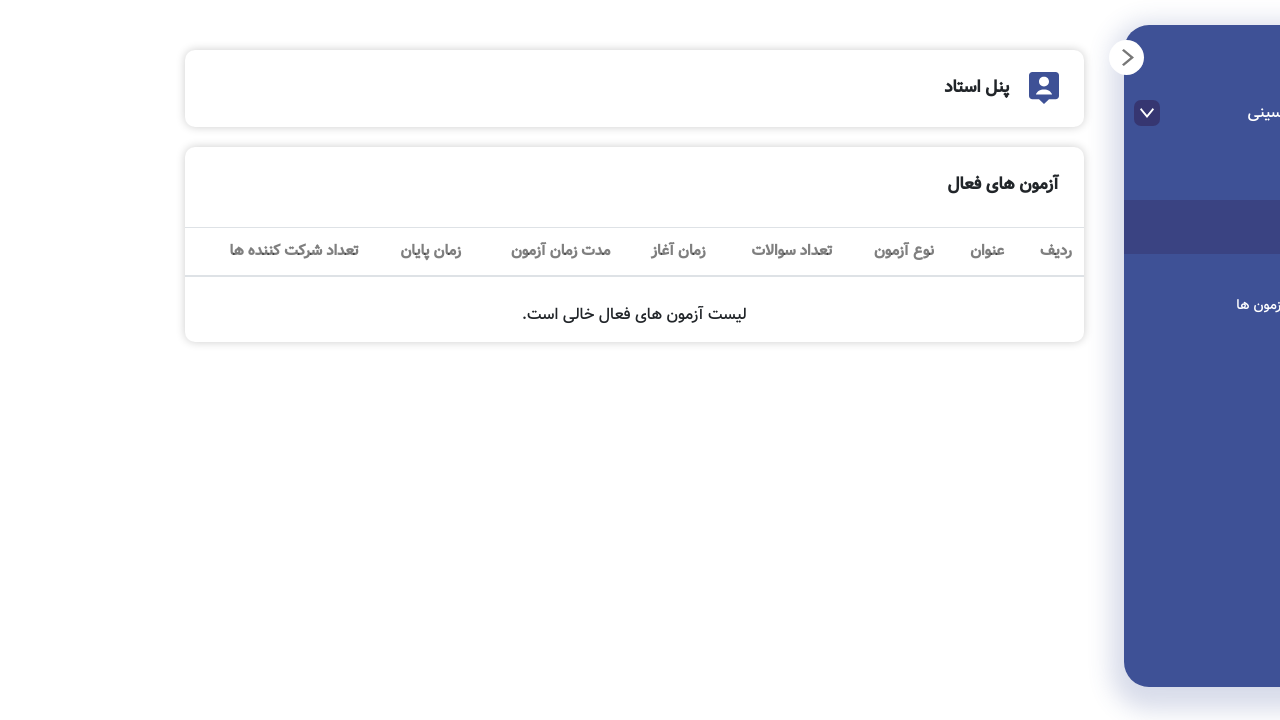
Repository: kosar78/quiz-online
Page: student-panel-dashbord.html
An editor plug-in stored every save of this project. The page is shown before and after the next save, followed by the edit.
The browser window is 1280 px wide. The pictures show the whole page.
The page's requests for data from a server got no answer.

Above is the page before, as saved 2022-01-09 13:22:35.

### student-panel-dashbord.html
<!DOCTYPE html>
<html lang="en">
<head>
    <meta charset="UTF-8">
    <meta name="viewport" content="width=device-width, initial-scale=1.0">
    <link rel="stylesheet" href="css/manager-panel.css">
    <link rel="stylesheet" href="css/teacher-panel-dashbord.css">
    <link rel="stylesheet" href="bootstrap_files/css/bootstrap.min.css">
    <script type="text/javascript" src="JQuery_file/jQuery.js"></script>
    <script type="text/javascript" src="bootstrap_files/js/bootstrap.min.js"></script>
    <script type="text/javascript" src="js/manager-panel.js"></script>
    <title>پنل استاد- داشبورد</title>
</head>
<body>
    <div class="container-fluid">
        <div class="row main-row">
            <div class="col-xl-3 col-md-3 sidebar-parent">
                <div class="resize-sidebar">
                    <img class="resize-right show" src="images/right.svg" alt="">
                    <img class="resize-left hide" src="images/left.svg" alt="">
                </div>
                <div class="exit-menubar hide">
                    <img class="" src="images/exit-menubar.svg" alt="">
                </div>
                <div class="sidebar">
                    <ul class="user-profile">
                        <li class="user-img">
                            <img src="images/H0fb13ae027de48f4a32a8bd50971f4c5N.jpg_.webp" alt="">
                        </li>
                        <li class="user-name-phone">
                            <p class="user-name" id="fullname">
                                کوثر حسینی
                            </p>
                            <p class="user-phone">

                            </p>
                        </li>
                        <li class="manage-profile">
                            <img class="bottom show" src="images/bottom.svg" alt="">
                            <img class="top hide" src="images/top.svg" alt="">
                        </li>
                    </ul>
                    <div class="manage-profile-menubar hide">
                        <div>
                            <ul class="mp-menubar">
                                <a href="manager-panel-profile.html">
                                    <li><img src="images/manage-profile-icon.svg" alt="" class="mp-icon"></li>
                                    <li class="mp-name">

                                        پروفایل

                                    </li>
                                </a>
                            </ul>
                            <ul class="mp-menubar">
                                <a href="#">
                                    <li><img src="images/change-pass-icon.svg" alt="" class="mp-icon"></li>
                                    <li class="mp-name">
                                        تغییر رمز عبور
                                    </li>
                                </a>
                            </ul>
                            <ul class="mp-menubar">
                                <a href="home.html">
                                    <li><img src="images/profile-manage-exit-icon.svg" alt="" class="mp-icon"></li>
                                    <li class="mp-name">
                                        خروج
                                    </li>
                                </a>
                            </ul>
                        </div>
                    </div>
                    <ul class="sidebar-case active-case dashbord">
                        <div class="v-line"></div>
                        <li class="case-icon">
                            <img src="images/dashbord-icon.svg" alt="">
                        </li>
                        <li class="case-name">
                            داشبورد
                        </li>
                    </ul>
                    <ul class="sidebar-case  test-managment">
                        <div class="v-line"></div>
                        <a href="teacher-panel-testslist.html">
                            <li class="case-icon">
                                <img src="images/carbon_gui-management.svg" alt="">
                            </li>
                            <li class="case-name">
                                مدیریت آزمون ها
                            </li>
                        </a>
                    </ul>

                </div>
            </div>
            <div class="col-xl-9 col-md-9 left-side">
                <img src="images/menubar.svg" alt="" class="menubar hide">
                <div class="row main-row-left">
                    <div class="col-xl-12 teacher-dashbord-title">
                        <ul>
                            <li>
                                <img src="images/user-in-dashbord.svg" alt="">
                            </li>
                            <li class="title-tx">
                                پنل استاد
                            </li>
                        </ul>

                    </div>
                    <div class="col-xl-12 tests-list-box">
                        <p class="title-tx">
                            آزمون های فعال
                        </p>
                        <!-- <a href="#">
                            <input class="add-new-test" type="button" value="افزودن آزمون جدید">
                        </a> -->
                        <!-- <div class="line"></div> -->

                        <div class="table-responsive">
                            <table class="table">
                                <thead>
                                    <tr>
                                      <th>ردیف</th>

                                      <th>عنوان</th>
                                      <th>نوع آزمون</th>
                                      <th>تعداد سوالات</th>

                                      <th>زمان آغاز</th>
                                      <th>مدت زمان آزمون</th>
                                      <th>زمان پایان</th>
                                      <th>تعداد شرکت کننده ها</th>
                                    </tr>
                                  </thead>
                                  <tbody id="list">

                                  </tbody>
                            </table>
                        </div>
                        <p class="empty-list" id="empty-list">
                            لیست آزمون های فعال خالی است.
                        </p>
                    </div>
                </div>

            </div>
        </div>
    </div>
    <script src="node_modules/axios/dist/axios.min.js"></script>
    <script src="js/manager-panel-getToken.js"></script>
</body>
</html>

### css/manager-panel.css
@font-face {
    font-family: FirstFont;
    src:url(../font/Vazir-Medium.woff2) format('woff2');
    src:url(../font/Vazir-Medium-FD-WOL.woff2) format('woff2');
  }
* {
    margin: 0;
    padding: 0;
    user-select: none;
    -moz-user-select: none;
    -khtml-user-select: none;
    -webkit-user-select: none;
    -o-user-select: none;
    text-align: right;
    text-decoration:none;
}
html body {
    direction: rtl;
    font-family:FirstFont;
    text-align: center;

}

ul li{
    display: inline-block;
    list-style: none;
}
.sidebar-parent{
    padding: 25px;

    position: relative;
}
.main-row{
    padding-right: 15px;
}
.sidebar{
    width: 100%;
    height: 92vh;
    background-color: #3E5196;
    border-radius: 25px;
    box-shadow: 0px 10px 23px 13px rgba(62, 81, 150, 0.2);

}
.resize-sidebar,
.exit-menubar{
    border-radius: 50%;
    width: 35px;
    text-align: center;
    height: 35px;
    position: absolute;
    padding-top: 9px;
    top: 40px;
    background: #fff;
    padding-right: 10px;
    left: 0;
    cursor: pointer;
}
.exit-menubar{
    padding-right: 0px;
    padding-top: 6px;
}
.exit-menubar img{
    width: 16px;
}
.resize-sidebar img{
    width: 12px;
}
.user-img img{
    width: 55px;
    height: 55px;
    border-radius: 50%;
}
.user-profile{
    padding-right: 15px;
    padding-top: 60px;

}
.user-name-phone p{
    margin-bottom: 0 !important;
    color: #fff;
}
.user-name-phone{
    position: relative;
    top: 0px;
    right: 10px;
    width: 59%;
}
.user-phone{
    font-size: 12px;
}
.user-name{
    /* width: 140px; */
    height: auto;
}
.manage-profile{
    background-color: #363671;
    padding: 8px 6px;
    border-radius: 7px;
    cursor: pointer;
    position: absolute;
    left: 25px;
    top: 100px;
}
.manage-profile img{
    width: 14px;
}
.sidebar-case{
    padding-right: 25px;
    padding-top: 15px;
    padding-bottom: 15px;
    margin-bottom: 0px !important;
    margin-top: 20px;

}
.dashbord{
    margin-top: 60px;
}
.sidebar-case li{
    cursor: pointer;
}
.active-case .v-line{
    background: #fff;
    width: 8px;
    position: absolute;
    height: 54px;
    top: 0;
    right: 0;
}
.active-case .v-line-user-managment{
    background: #fff;
    width: 8px;
    position: absolute;
    height: 44px;
    top: 0;
    right: 0;
}

.active-case{
    background: rgba(54, 54, 113, 0.5);
    position: relative;
}
.case-name{
    width: 64%;
    color: #fff;
    margin-right: 15px;
    font-size: 14px;
}
.user-management .case-name{
    margin-right: 9px;
}
.user-management-case{
    margin-bottom: 0px !important;
    padding: 10px 0;
}
.user-management-case li{
    cursor: pointer;
}
.user-management-case .umc-icon img{
    width: 25px;
}
.user-management-cases{
    padding-right: 65px;
}
.user-management-case .umc-name{
    font-size: 15px;
    color: rgba(255, 255, 255, 0.8);
    padding-right: 12px;
}
.manage-profile-menubar{
    left: 25px;
    margin-top: -25px;
    position: absolute;
    z-index: 1;
}
.manage-profile-menubar div{

    background-color: #363671;
    border-radius: 10px;
    width: max-content;
    transition: all 0.4s cubic-bezier(0.39, 0.58, 0.57, 1);
}
.manage-profile-menubar .mp-menubar{
    margin-bottom: 0;
    padding: 15px;
}
.manage-profile-menubar .mp-name{
    color: #fff;
    font-size: 13px;
    padding-right: 12px;
    padding-left: 25px;
}
.manage-profile-menubar .mp-menubar li{
    cursor: pointer;
}
.user-mangement-cases-icon{
    position: absolute;
    left: 28px;
    margin-top:5px;
}
.hide{
    display: none;
}
.show{
    display: block;
}

.small-sidebar .user-profile {
    padding-right: 10px;
}
.small-sidebar .user-name-phone,
.small-sidebar .case-name,
.small-sidebar .mp-name,
.small-sidebar .umc-name{
    display: none;
}
.small-sidebar .manage-profile{
    left: 40px;
    margin-top: 46px;
}
.small-sidebar .manage-profile-menubar {
    left: 29px;
    margin-top: 20px;
}
.small-sidebar .user-management-cases {
    padding-right: 25px;
}
.small-sidebar .user-mangement-cases-icon{
    display: none;
}
.mp-menubar:hover{
    background-color: #6060d0e3;
}
#message{
    margin-bottom: 10px !important;
    font-size: 15px;
    margin-right: 36px;
    height: 25px;
    margin-top: 15px;
}
@media(max-width:1199px){
    .user-name-phone{
        display: block;
    }
    .manage-profile-menubar {
        margin-top: -55px;
    }

}
.small-sidebar .user-profile,
.small-sidebar .sidebar-case,
.small-sidebar .user-management-cases {
    padding-right: 0px;
    text-align: center;
}
.small-sidebar .user-management-cases .user-management-case{
    text-align: center;
}

.small-sidebar .manage-profile {
    left: 42%;
    margin-top: 36px;
}
.small-sidebar .manage-profile-menubar {
    left: 35%;
}
@media(max-width:880px){
    .user-name-phone .user-name,
    .user-management-case .umc-name{
        font-size: 13px;
    }
    .case-name{
        font-size: 12px;
        margin-right: 7px !important;
    }
    .user-phone {
        font-size: 9px;
    }
    .sidebar-case {
        padding-right: 15px;
    }
    .manage-profile-menubar .mp-menubar{
        padding: 10px;
    }
    .manage-profile-menubar .mp-name{
        padding-left: 15px;
    }
    .user-management-cases {
        padding-right: 50px;
    }
    .small-sidebar .manage-profile-menubar {
        left: 38%;
    }
}
@media(max-width:767px){
    .sidebar-parent{
        display: none;
    }
    .menubar{
        display: block;
        width: 40px;
        height: 40px;
        cursor: pointer;
        margin-top: 20px;
        position: absolute;
        top: 2px;
        right: 15px;
    }
    .main-row{
        padding-right: 0;
    }

}
@media(min-width:768px){
    .exit-menubar{
        display: none;
    }
    .resize-sidebar{
        display: block;
    }
    .menubar{
        display: none;
    }
    .sidebar-parent{
        display: block !important;
    }
}

### css/teacher-panel-dashbord.css
.main-row-left{
    padding-top: 50px;
    padding-left: 25px;
    padding-right: 25px;
    margin-bottom: 25px;
}

.testslist-left-side{
    height: 100vh !important;
    overflow-y: auto;
}
.teacher-dashbord-title,
.tests-list-box{
    background: #FFFFFF;
    box-shadow: 0px 0px 10px rgba(0, 0, 0, 0.2);
    border-radius: 10px;
    width: 100%;
    height: max-content;
    padding: 0 !important;

}
.tests-list-box{
    margin: 20px 0;
}
.add-new-test{
    width: 140px;
    outline: none;
    margin-bottom: 20px;
    border: 0;
    text-align: center;
    color: #FFFFFF;
    background: #EE537C;
    border-radius: 25px;
    height: 40px;
    font-size: 14px;
    position: absolute;
    top: 15px;
    left: 20px;
}

.add-new-test:hover{
    background:#d84c71 !important;
    color:#f6f6f6 !important;
}
.title-tx {
    width: max-content;
    margin-top: 25px;
    margin-right: 25px;
    margin-bottom: 30px;
    font-size: 17px;
    font-weight: bold;
}
.table thead th {
    color: rgb(0,0,0,.5);
    font-size: 15px;
}
.table td{
    font-size: 15px;
}
.teacher-dashbord-title ul{
    padding-right: 25px;
}
.teacher-dashbord-title .title-tx{
    margin-right: 15px;
    margin-bottom: 10px;
}
.empty-list{
    text-align: center;
    margin-top: 10px;
    margin-bottom: 15px;
}


@media(max-width:767px){
    .main-row-left{
        margin-top: 25px;
    }
    .main-row-left .row{
        margin-bottom: 0;
    }

}

### js/manager-panel.js
$(document).ready(function(){
    $(".manage-profile").click(function(){
        if($(".bottom").hasClass("show")){
            $(".bottom").removeClass("show")
            $(".bottom").addClass("hide")
            $(".top").addClass("show")
            $(".top").removeClass("hide")
            $(".manage-profile-menubar").removeClass("hide")
            $(".manage-profile-menubar").addClass("show")
        }
        else if($(".bottom").hasClass("hide")){
            $(".bottom").removeClass("hide")
            $(".bottom").addClass("show")
            $(".top").addClass("hide")
            $(".top").removeClass("show")
            $(".manage-profile-menubar").removeClass("show")
            $(".manage-profile-menubar").addClass("hide")
        }

    })

    $(".user-management li").click(function(){
        if($("#user-mangement-cases-icon-bottom").hasClass("show")){
            $("#user-mangement-cases-icon-bottom").removeClass("show")
            $("#user-mangement-cases-icon-bottom").addClass("hide")
            $("#user-mangement-cases-icon-top").addClass("show")
            $("#user-mangement-cases-icon-top").removeClass("hide")
            $(".user-management-cases").removeClass("hide")
            $(".user-management-cases").addClass("show")
        }
        else if($("#user-mangement-cases-icon-bottom").hasClass("hide")){
            $("#user-mangement-cases-icon-bottom").removeClass("hide")
            $("#user-mangement-cases-icon-bottom").addClass("show")
            $("#user-mangement-cases-icon-top").addClass("hide")
            $("#user-mangement-cases-icon-top").removeClass("show")
            $(".user-management-cases").removeClass("show")
            $(".user-management-cases").addClass("hide")
        }

    })
    $(".resize-sidebar").click(function(){
        if($(".resize-right").hasClass("show")){
            $(".resize-right").removeClass("show")
            $(".resize-right").addClass("hide")
            $(".resize-left").addClass("show")
            $(".resize-left").removeClass("hide")
            $(".sidebar-parent").removeClass("col-xl-3")
            $(".sidebar-parent").addClass("col-xl-1")
            $(".sidebar-parent").removeClass("col-md-3")
            $(".sidebar-parent").addClass("col-md-2")
            $(".left-side").removeClass("col-xl-9")
            $(".left-side").addClass("col-xl-11")
            $(".left-side").removeClass("col-md-9")
            $(".left-side").addClass("col-md-10")
            $(".sidebar-parent").addClass("small-sidebar")
        }
        else if($(".resize-right").hasClass("hide")){
            $(".resize-right").removeClass("hide")
            $(".resize-right").addClass("show")
            $(".resize-left").addClass("hide")
            $(".resize-left").removeClass("show")
            $(".sidebar-parent").addClass("col-xl-3")
            $(".sidebar-parent").removeClass("col-xl-1")
            $(".sidebar-parent").addClass("col-md-3")
            $(".sidebar-parent").removeClass("col-md-2")
            $(".left-side").addClass("col-xl-9")
            $(".left-side").removeClass("col-xl-11")
            $(".left-side").addClass("col-md-9")
            $(".left-side").removeClass("col-md-10")
            $(".sidebar-parent").removeClass("small-sidebar")
        }

    })
    $(".menubar").click(function(){
        $(".sidebar-parent").removeClass("hide")
        $(".sidebar-parent").addClass("show")
        $(".left-side").addClass("hide")
        $(".left-side").removeClass("show")
        $(".sidebar-parent").css("display","block")
        $(".left-side").css("display","none")
        $(".resize-sidebar").removeClass("show")
        $(".resize-sidebar").addClass("hide")
        $(".exit-menubar").removeClass("hide")
        $(".exit-menubar").addClass("show")
        $(".sidebar-parent").removeClass("small-sidebar")
    })
    $(".exit-menubar").click(function(){
        $(".sidebar-parent").removeClass("show")
        $(".sidebar-parent").addClass("hide")
        $(".left-side").addClass("show")
        $(".left-side").removeClass("hide")
        $(".sidebar-parent").css("display","none")
        $(".resize-sidebar").removeClass("hide")
        $(".resize-sidebar").addClass("show")
        $(".exit-menubar").removeClass("show")
        $(".exit-menubar").addClass("hide")
        $(".left-side").css("display","block")
        $(".change-pass-left-side").css("display","flex !important")
    })

})

### js/manager-panel-getToken.js
// let localStorage_Array4=localStorage.toggled.split("|")
// localStorage.toggled=localStorage_Array4[0]
// let examId=localStorage_Array4[1]

            axios.get('http://localhost:3000/api/v1/user/my',{
                headers: {
                    'Authorization' : `Bearer ${localStorage.toggled}`
                }
            })
            .then(res =>{
                console.log('get : ')
                console.log(res.data.data.fullName);
                document.getElementById("fullname").innerHTML = res.data.data.fullName;

            })
            .catch(err => console.log(err))

Loaded but not shown: bootstrap_files/css/bootstrap.min.css (library); JQuery_file/jQuery.js (library); bootstrap_files/js/bootstrap.min.js (library); node_modules/axios/dist/axios.min.js (library)

After the next save:
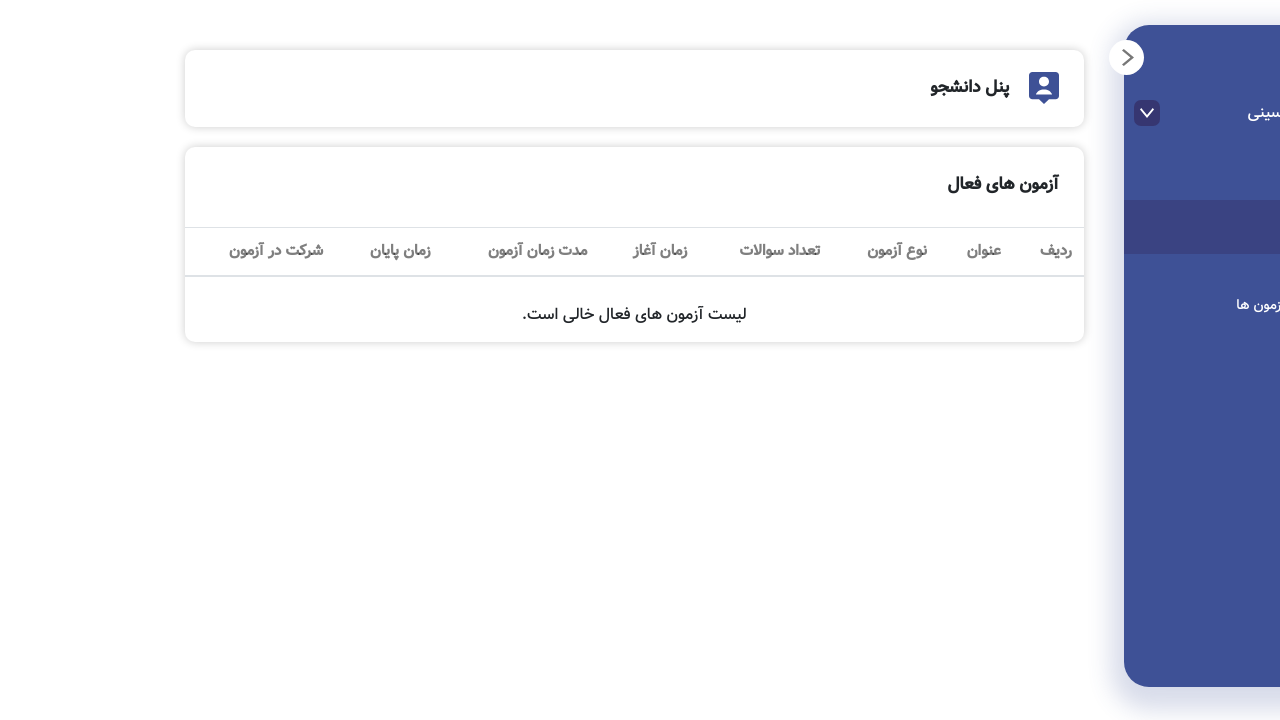
Saved 4 min 9 s later.
--- a/student-panel-dashbord.html
+++ b/student-panel-dashbord.html
@@ -9,7 +9,7 @@
     <script type="text/javascript" src="JQuery_file/jQuery.js"></script>
     <script type="text/javascript" src="bootstrap_files/js/bootstrap.min.js"></script>
     <script type="text/javascript" src="js/manager-panel.js"></script>
-    <title>پنل استاد- داشبورد</title>
+    <title>پنل دانشجو - داشبورد</title>
 </head>
 <body>
     <div class="container-fluid">
@@ -102,7 +102,7 @@
                                 <img src="images/user-in-dashbord.svg" alt="">
                             </li>
                             <li class="title-tx">
-                                پنل استاد
+                                پنل دانشجو
                             </li>
                         </ul>
 
@@ -129,7 +129,7 @@
                                       <th>زمان آغاز</th>
                                       <th>مدت زمان آزمون</th>
                                       <th>زمان پایان</th>
-                                      <th>تعداد شرکت کننده ها</th>
+                                      <th>شرکت در آزمون</th>
                                     </tr>
                                   </thead>
                                   <tbody id="list">
